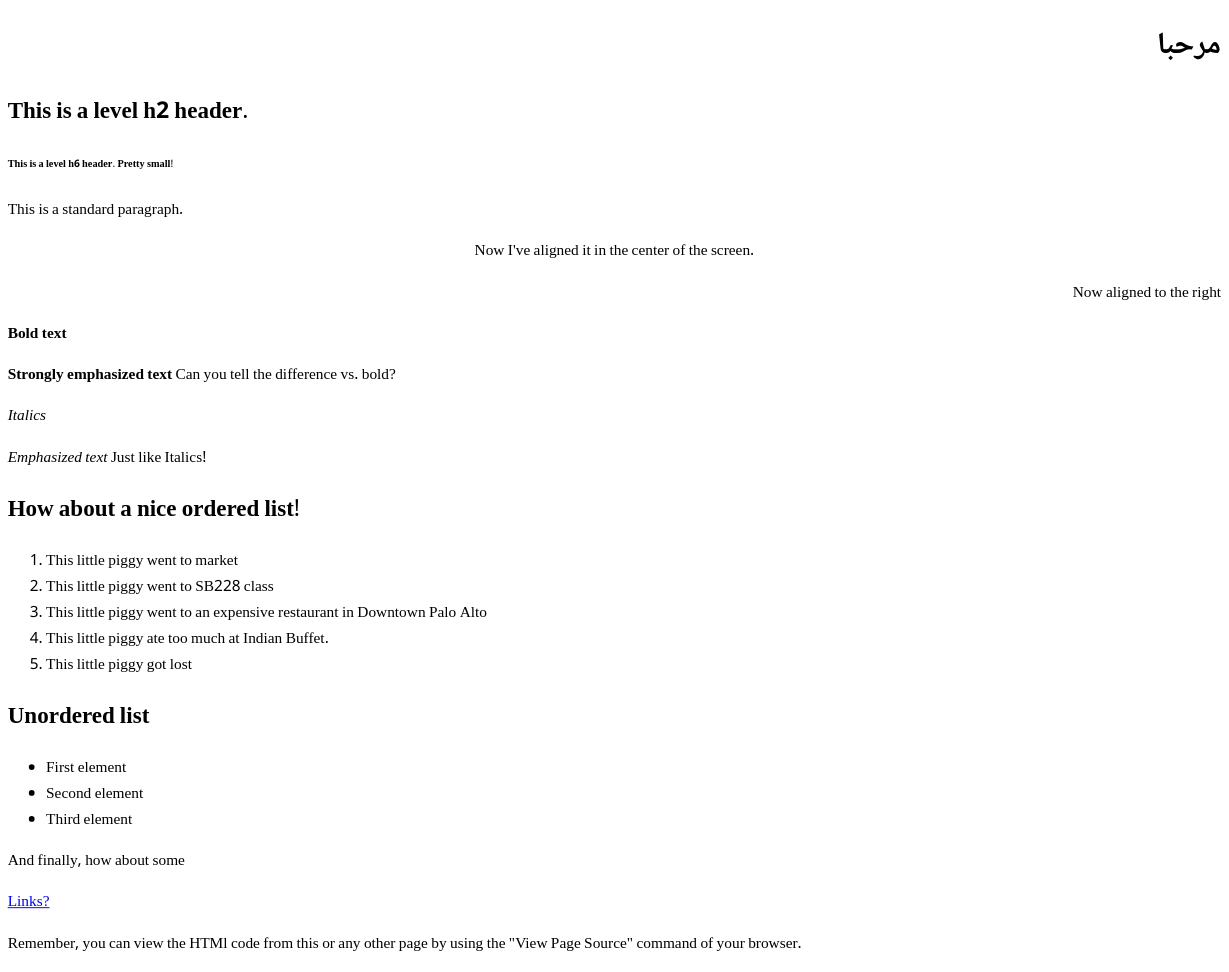
Repository: khanshakiil/ArabicHTMLToPDF
Page: HospitalFrontDesk/src/main/resources/html.html
The author's editor kept a copy of each file at every save. The page is drawn from the files as they stood at one save, then again after the next save.
The browser window is 1280 px wide. The pictures show the whole page, at 96% of full size.

Above is the page before, as saved 2020-03-05 19:15:21.

### HospitalFrontDesk/src/main/resources/html.html
<!DOCTYPE html>
<html>

<head>
<title dir="rtl"></title>
</head>

<body style="font-family: Noto Naskh Arabic">
<h1 dir="rtl" style="font-family: Noto Naskh Arabic">مرحبا</h1>

<h2>This is a level h2 header.</h2>

<h6>This is a level h6 header.  Pretty small!</h6>

<p>This is a standard paragraph.</p>

<p align=center>Now I've aligned it in the center of the screen.</p>

<p align=right>Now aligned to the right</p>

<p><b>Bold text</b></p>

<p><strong>Strongly emphasized text</strong>  Can you tell the difference vs. bold?</p>

<p><i>Italics</i></p>

<p><em>Emphasized text</em>  Just like Italics!</p>

<h2>How about a nice ordered list!</h2>
<ol>
  <li>This little piggy went to market</li>
  <li>This little piggy went to SB228 class</li>
  <li>This little piggy went to an expensive restaurant in Downtown Palo Alto</li>
  <li>This little piggy ate too much at Indian Buffet.</li>
  <li>This little piggy got lost</li>
</ol>

<h2>Unordered list</h2>
<ul>
  <li>First element</li>
  <li>Second element</li>
  <li>Third element</li>
</ul>


<p>And finally, how about some</p><a href="http://www.google.com/">Links?</a>

<p>Remember, you can view the HTMl code from this or any other page by using the "View Page Source" command of your browser.</p>

</body>

</html>

After the next save:
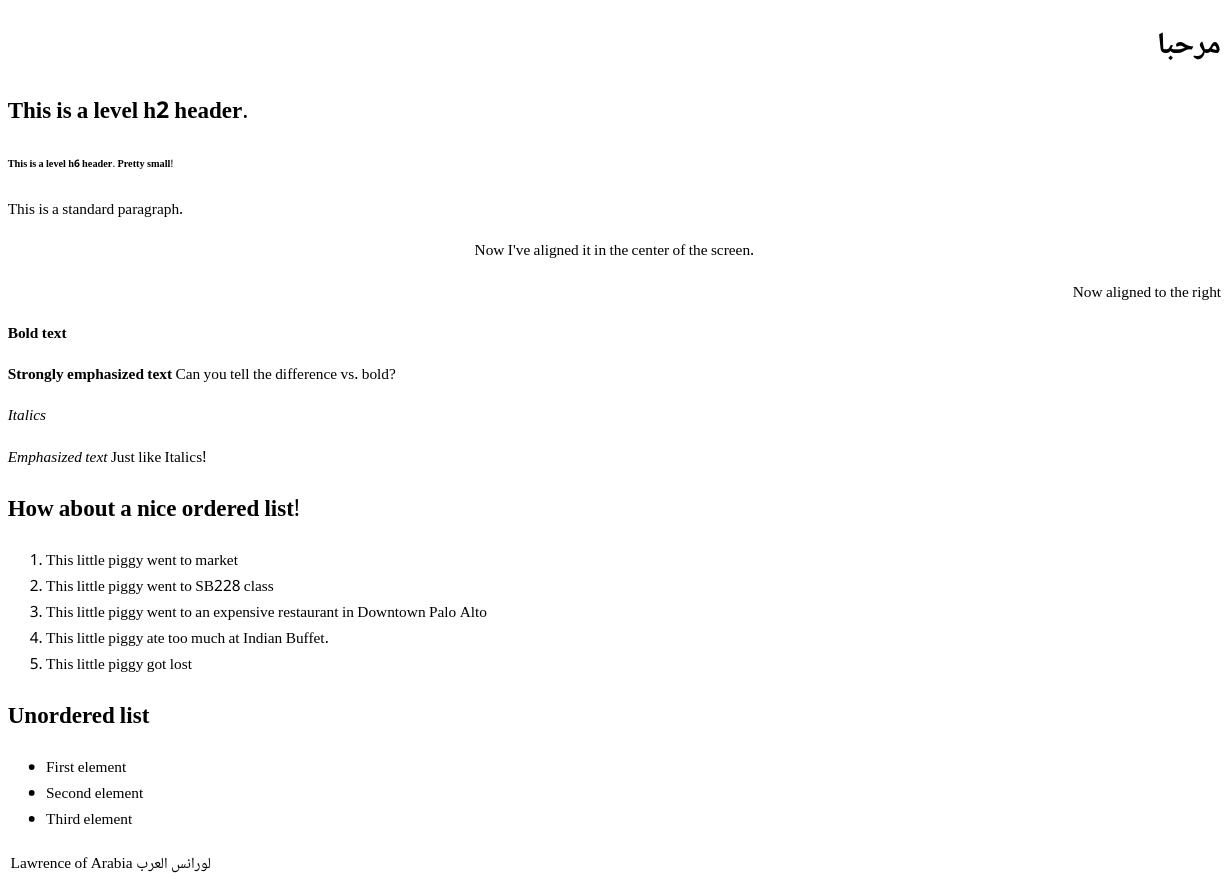
Saved 76 s later.
--- a/HospitalFrontDesk/src/main/resources/html.html
+++ b/HospitalFrontDesk/src/main/resources/html.html
@@ -42,11 +42,12 @@
   <li>Third element</li>
 </ul>
 
-
-<p>And finally, how about some</p><a href="http://www.google.com/">Links?</a>
-
-<p>Remember, you can view the HTMl code from this or any other page by using the "View Page Source" command of your browser.</p>
-
+<table>
+<tr>
+<td>Lawrence of Arabia</td>
+<td dir="rtl" style="font-family: Noto Naskh Arabic">لورانس العرب</td>
+</tr>
+</table>
 </body>
 
 </html>
